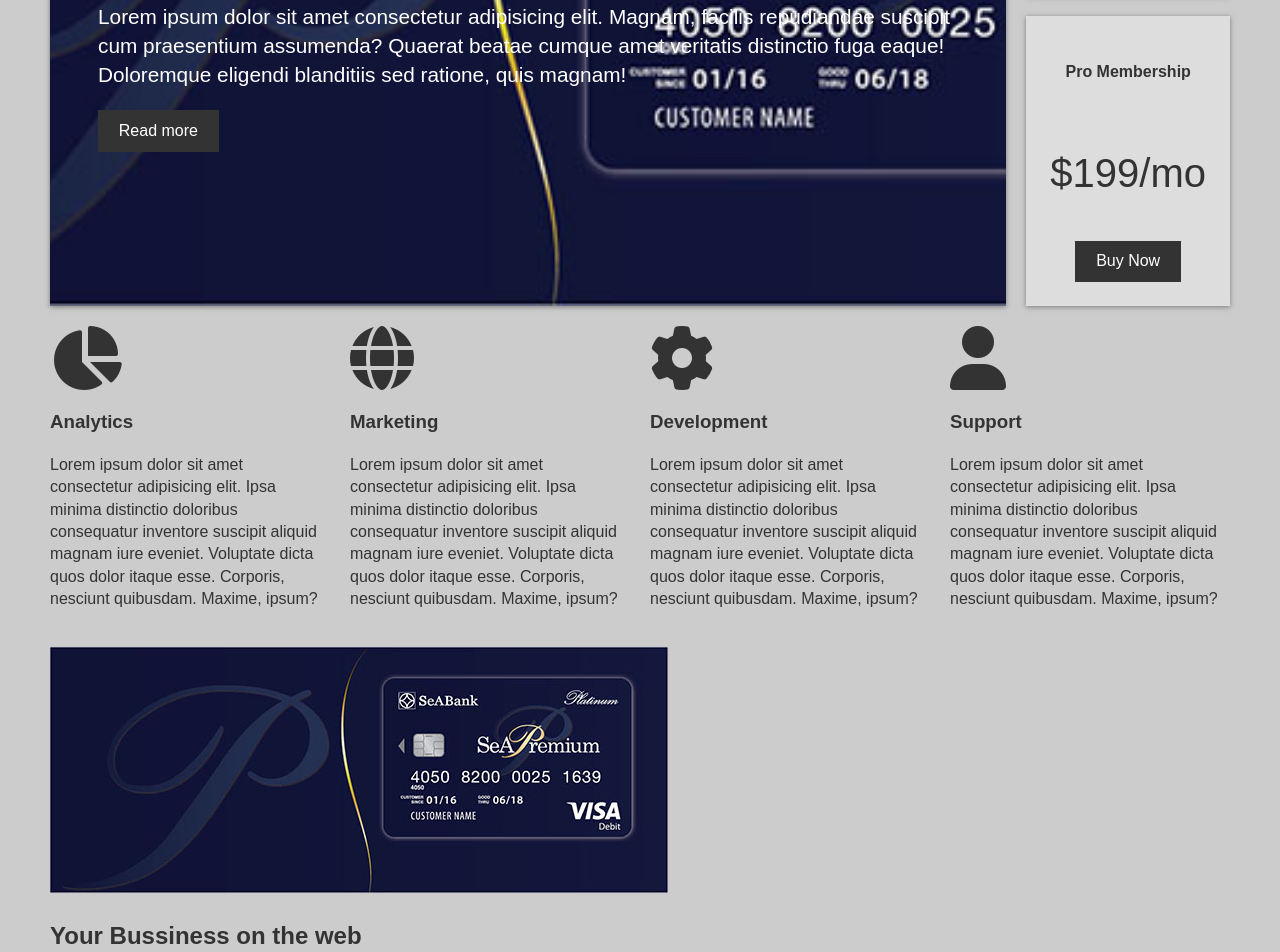
Repository: 1813404040072/grid-demo
Page: index.html
These files come from the project's save history. The page is drawn as it stood at one moment and after a run of saves; the edit follows.
The browser window is 1280 px wide. The pictures show the part of the page from y = 427 to 1379 px (the page is 2020 px tall).
Some web libraries are served in a nearby version.

Above is the page before, as saved 2019-12-25 01:04:59.

After the next 6 saves:
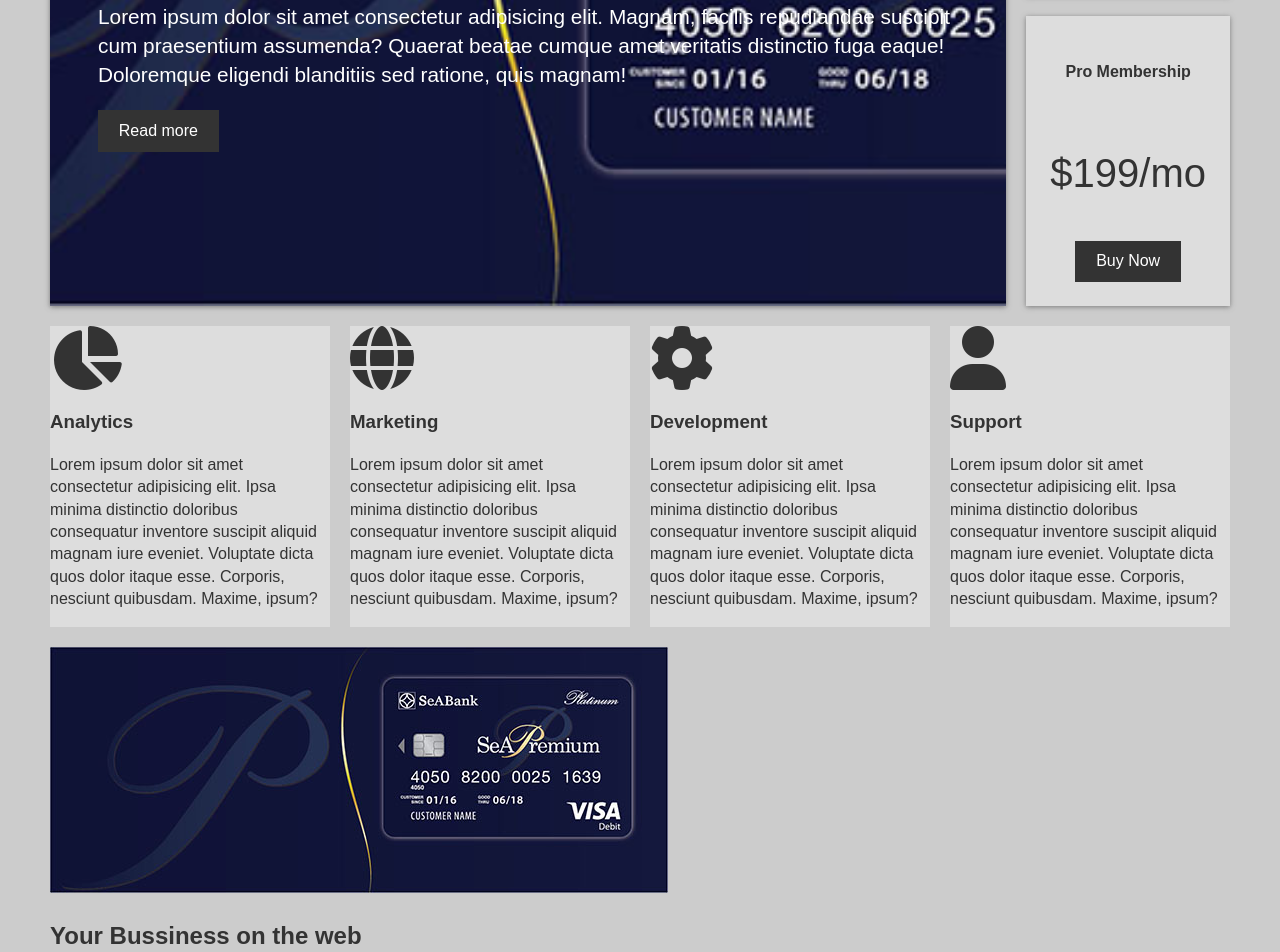
The 6 saves are shown as one change because they came seconds apart.
The last was saved 2 min 54 s later.
--- a/style.css
+++ b/style.css
@@ -126,3 +126,8 @@
     grid-gap: 20px;
     grid-template-columns: repeat(auto-fit, minmax(200px, 1fr));
 }
+
+
+.box {
+    background: var(--primary);
+}
